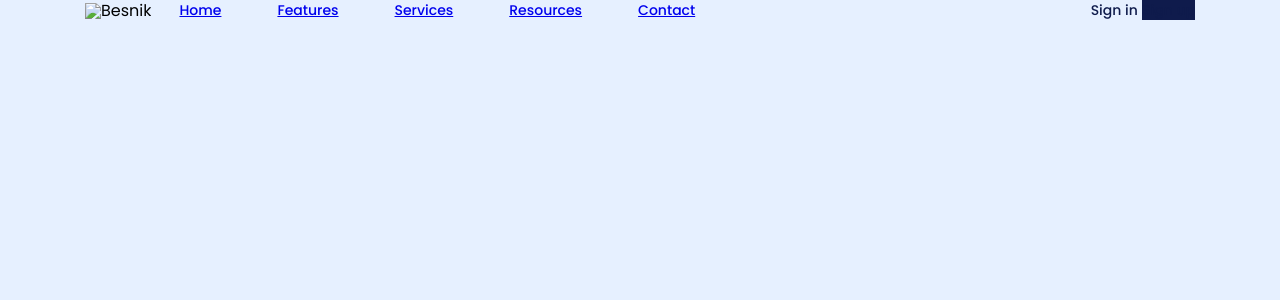
Repository: Phu2992/htmlcss-f8-01
Page: index.html
These files come from the project's save history. The page is drawn as it stood at one moment and after the next save; the edit follows.
The browser window is 1280 px wide. The pictures show the whole page.

Above is the page before, as saved 2024-09-25 22:16:36.

### index.html
<!DOCTYPE html>
<html lang="en">
    <head>
        <meta charset="UTF-8" />
        <meta name="viewport" content="width=device-width, initial-scale=1.0" />
        <link rel="stylesheet" href="./assets/css/reset.css" />
        <link rel="stylesheet" href="./assets/fonts/stylesheet.css" />
        <link rel="stylesheet" href="./assets/css/styles.css" />
        <title>F8-Project-1</title>
    </head>
    <body>
        <!-- Header -->
        <header class="header">
            <div class="content">
                <nav class="navbar">
                    <img src="./assets/img/logo.svg" alt="Besnik" />
                    <ul>
                        <li><a href="#!">Home</a></li>
                        <li><a href="#!">Features</a></li>
                        <li><a href="#!">Services</a></li>
                        <li><a href="#!">Resources</a></li>
                        <li><a href="#!">Contact</a></li>
                    </ul>
                    <div class="action">
                        <a href="#!">Sign in</a>
                        <a class="btn btn-action" href="#!">Sign up</a>
                    </div>
                </nav>
            </div>
        </header>
    </body>
</html>

### assets/fonts/stylesheet.css
/* ===================== Poppins====================== */
@font-face {
    font-family: "Poppins";
    src: url("poppins/Poppins-Bold.woff2") format("woff2"),
        url("poppins/Poppins-Bold.woff") format("woff");
    font-weight: bold;
    font-style: normal;
    font-display: swap;
}

@font-face {
    font-family: "Poppins";
    src: url("poppins/Poppins-BlackItalic.woff2") format("woff2"),
        url("poppins/Poppins-BlackItalic.woff") format("woff");
    font-weight: 900;
    font-style: italic;
    font-display: swap;
}

@font-face {
    font-family: "Poppins";
    src: url("poppins/Poppins-Black.woff2") format("woff2"),
        url("poppins/Poppins-Black.woff") format("woff");
    font-weight: 900;
    font-style: normal;
    font-display: swap;
}

@font-face {
    font-family: "Poppins";
    src: url("poppins/Poppins-ExtraBold.woff2") format("woff2"),
        url("poppins/Poppins-ExtraBold.woff") format("woff");
    font-weight: bold;
    font-style: normal;
    font-display: swap;
}

@font-face {
    font-family: "Poppins";
    src: url("poppins/Poppins-ExtraLight.woff2") format("woff2"),
        url("poppins/Poppins-ExtraLight.woff") format("woff");
    font-weight: 200;
    font-style: normal;
    font-display: swap;
}

@font-face {
    font-family: "Poppins";
    src: url("poppins/Poppins-BoldItalic.woff2") format("woff2"),
        url("poppins/Poppins-BoldItalic.woff") format("woff");
    font-weight: bold;
    font-style: italic;
    font-display: swap;
}

@font-face {
    font-family: "Poppins";
    src: url("poppins/Poppins-ExtraBoldItalic.woff2") format("woff2"),
        url("poppins/Poppins-ExtraBoldItalic.woff") format("woff");
    font-weight: bold;
    font-style: italic;
    font-display: swap;
}

@font-face {
    font-family: "Poppins";
    src: url("poppins/Poppins-Light.woff2") format("woff2"),
        url("poppins/Poppins-Light.woff") format("woff");
    font-weight: 300;
    font-style: normal;
    font-display: swap;
}

@font-face {
    font-family: "Poppins";
    src: url("poppins/Poppins-LightItalic.woff2") format("woff2"),
        url("poppins/Poppins-LightItalic.woff") format("woff");
    font-weight: 300;
    font-style: italic;
    font-display: swap;
}

@font-face {
    font-family: "Poppins";
    src: url("poppins/Poppins-Italic.woff2") format("woff2"),
        url("poppins/Poppins-Italic.woff") format("woff");
    font-weight: normal;
    font-style: italic;
    font-display: swap;
}

@font-face {
    font-family: "Poppins";
    src: url("poppins/Poppins-ExtraLightItalic.woff2") format("woff2"),
        url("poppins/Poppins-ExtraLightItalic.woff") format("woff");
    font-weight: 200;
    font-style: italic;
    font-display: swap;
}

@font-face {
    font-family: "Poppins";
    src: url("poppins/Poppins-Medium.woff2") format("woff2"),
        url("poppins/Poppins-Medium.woff") format("woff");
    font-weight: 500;
    font-style: normal;
    font-display: swap;
}

@font-face {
    font-family: "Poppins";
    src: url("poppins/Poppins-ThinItalic.woff2") format("woff2"),
        url("poppins/Poppins-ThinItalic.woff") format("woff");
    font-weight: 100;
    font-style: italic;
    font-display: swap;
}

@font-face {
    font-family: "Poppins";
    src: url("poppins/Poppins-Thin.woff2") format("woff2"),
        url("poppins/Poppins-Thin.woff") format("woff");
    font-weight: 100;
    font-style: normal;
    font-display: swap;
}

@font-face {
    font-family: "Poppins";
    src: url("poppins/Poppins-SemiBold.woff2") format("woff2"),
        url("poppins/Poppins-SemiBold.woff") format("woff");
    font-weight: 600;
    font-style: normal;
    font-display: swap;
}

@font-face {
    font-family: "Poppins";
    src: url("poppins/Poppins-SemiBoldItalic.woff2") format("woff2"),
        url("poppins/Poppins-SemiBoldItalic.woff") format("woff");
    font-weight: 600;
    font-style: italic;
    font-display: swap;
}

@font-face {
    font-family: "Poppins";
    src: url("poppins/Poppins-MediumItalic.woff2") format("woff2"),
        url("poppins/Poppins-MediumItalic.woff") format("woff");
    font-weight: 500;
    font-style: italic;
    font-display: swap;
}

@font-face {
    font-family: "Poppins";
    src: url("poppins/Poppins-Regular.woff2") format("woff2"),
        url("poppins/Poppins-Regular.woff") format("woff");
    font-weight: normal;
    font-style: normal;
    font-display: swap;
}

### assets/css/styles.css
* {
    box-sizing: border-box;
}

html {
    font-size: 62.5%;
}

body {
    font-size: 1.6rem;
    font-family: "Poppins", sans-serif;
}

/* common */
.content {
    width: 1110px;
    margin-left: auto;
    margin-right: auto;
}

.header {
    background-color: #e6f0ff;
    height: 100vh;
    margin: auto;
}

.btn {
    height: 50px;
    background-color: #0f1b4c;
    color: #fff;
    text-align: center;
    font-size: 14px;
    font-style: normal;
    font-weight: 500;
    line-height: normal;
}
.action a {
    text-decoration: none;
    color: #0f1b4c;
    font-size: 1.4rem;
    font-style: normal;
    font-weight: 500;
    line-height: normal;
}

.navbar {
    display: flex;
    align-items: center;
}

.navbar ul {
    display: flex;
    color: #4f5361;
    font-size: 1.4rem;
    font-style: normal;
    font-weight: 500;
    line-height: normal;
}

.navbar ul a {
    padding: 0 28px;
}

.navbar .action {
    margin-left: auto;
}

.btn .btn-action {
    color: #fff;
}

Loaded but not shown: assets/css/reset.css (common file)

After the next save:
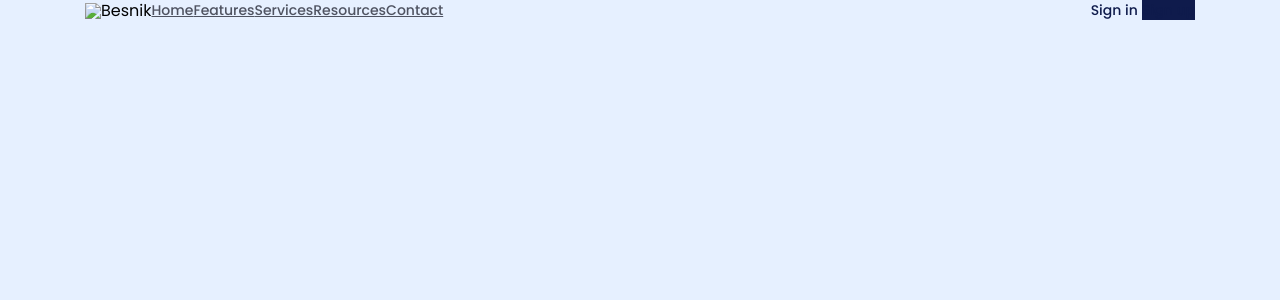
Saved 37 s later.
--- a/assets/css/styles.css
+++ b/assets/css/styles.css
@@ -50,15 +50,16 @@
 
 .navbar ul {
     display: flex;
+}
+
+.navbar ul a {
     color: #4f5361;
-    font-size: 1.4rem;
+
+    font-family: Poppins;
+    font-size: 14px;
     font-style: normal;
     font-weight: 500;
     line-height: normal;
-}
-
-.navbar ul a {
-    padding: 0 28px;
 }
 
 .navbar .action {
